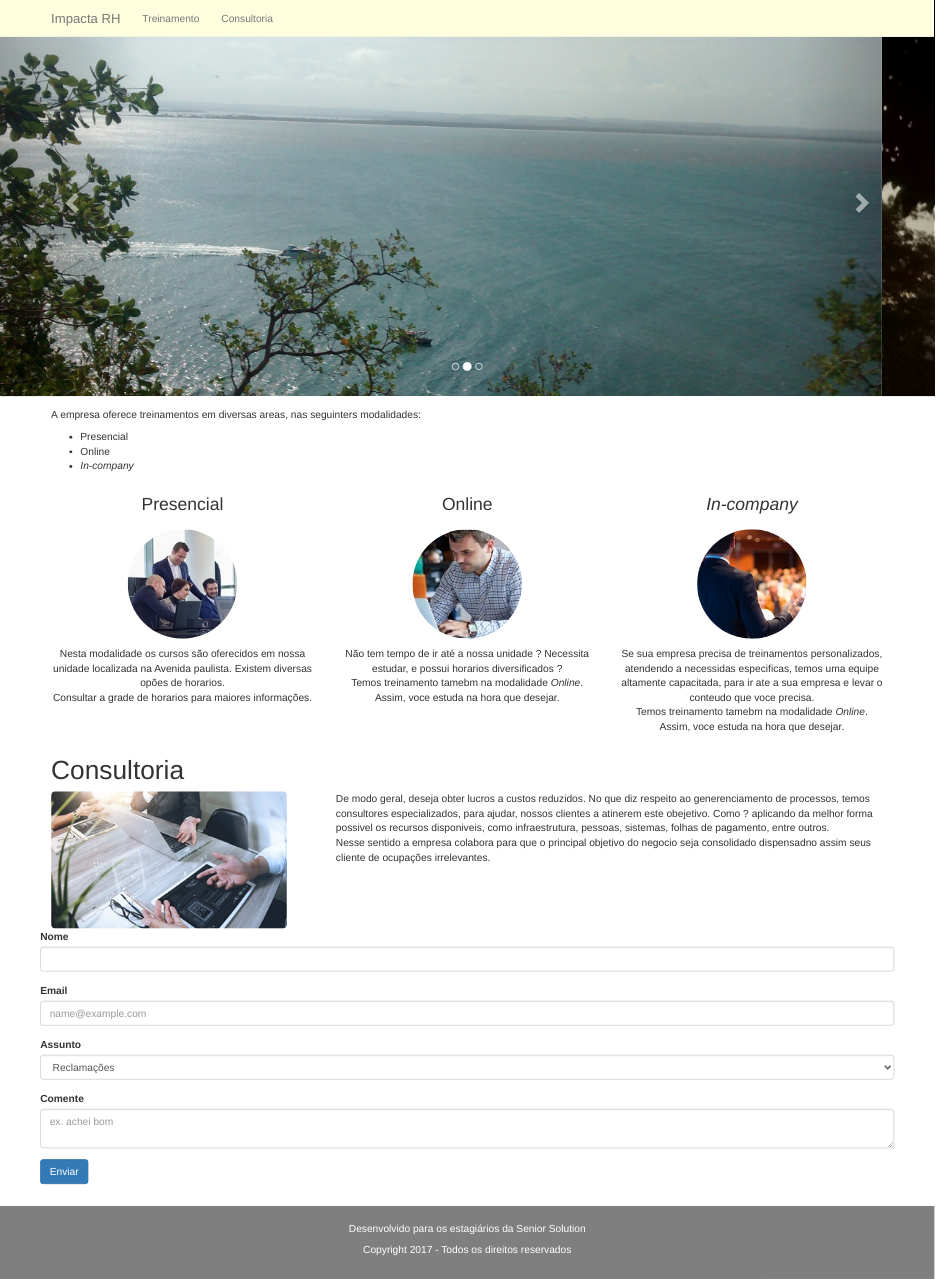
Repository: NicholasMaestrello/treinamento-impacta
Page: DesenvolvimentoJava/Modulo06/02_EmpresaRH/WebContent/produtos.html
The author's editor kept a copy of each file at every save. The page is drawn from the files as they stood at one save, then again after the next save.
The browser window is 1280 px wide. The page is 1295 px wide, so the pictures cover 1295 px, including what lies to the right of the window. The pictures show the whole page, at 73% of full size.
Some web libraries are served in a nearby version.

Above is the page before, as saved 2017-10-20 19:04:34.

After the next save:
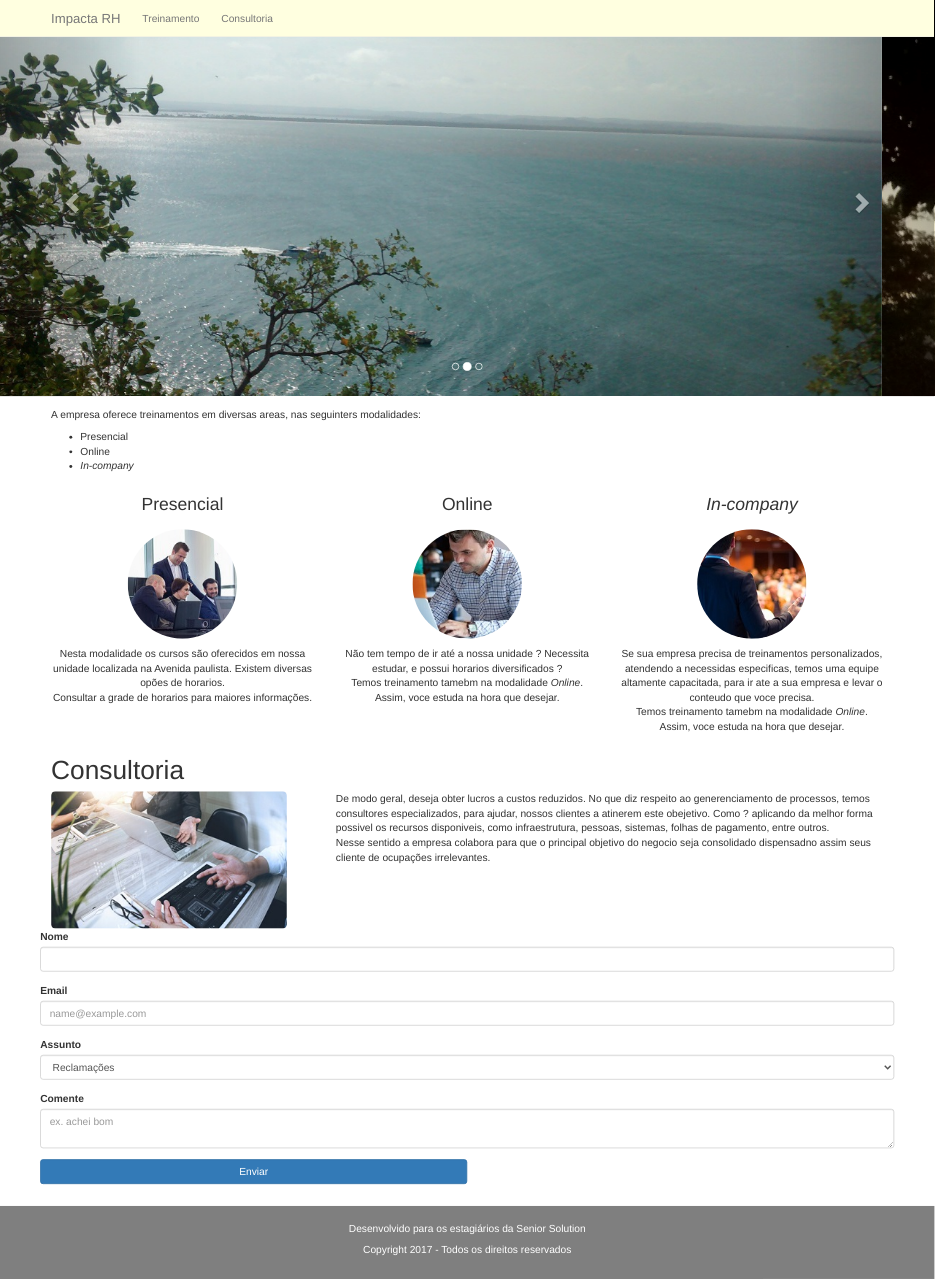
Saved 38 s later.
--- a/DesenvolvimentoJava/Modulo06/02_EmpresaRH/WebContent/produtos.html
+++ b/DesenvolvimentoJava/Modulo06/02_EmpresaRH/WebContent/produtos.html
@@ -148,7 +148,7 @@
 							<textarea class="form-control" id="comentario" placeholder="ex. achei bom"></textarea>
 						</div>
 						<div class="form-group row">
-							<button id="enviar" class="btn btn-primary">Enviar</button>
+							<button id="enviar" class="btn btn-primary col-sm-6">Enviar</button>
 						</div>
 					</form>
 				</section>
